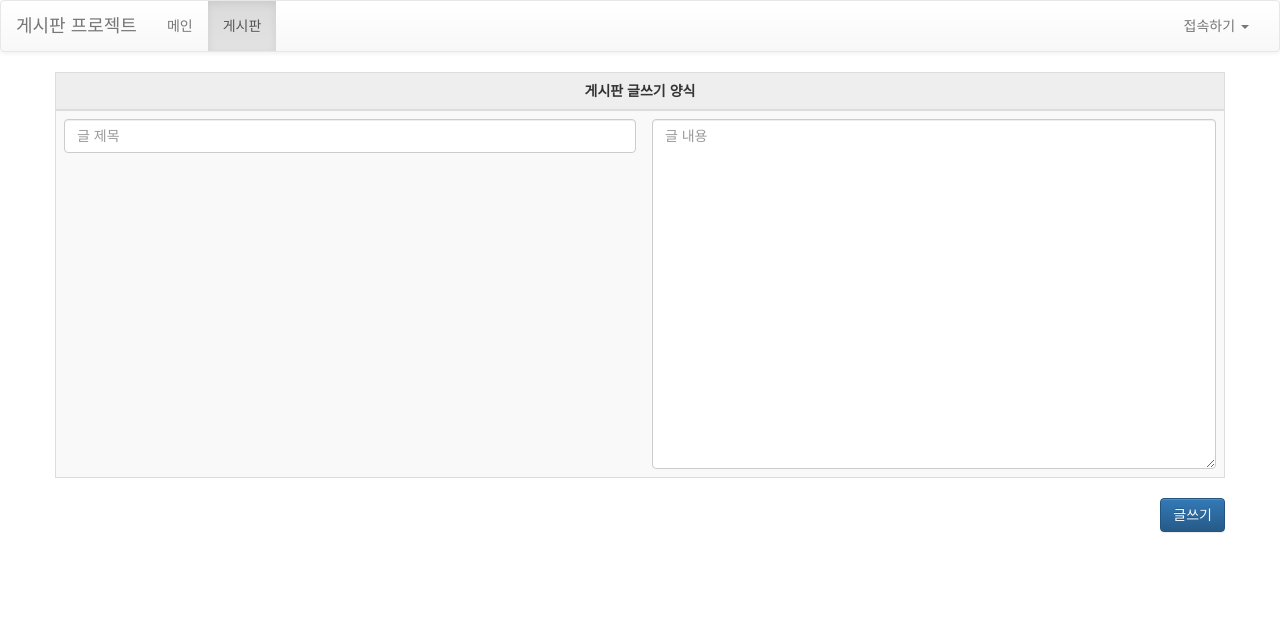
Repository: Seok7975/JSP-Education
Page: http://localhost/BBS/write.jsp
An editor plug-in stored every save of this project. The page is shown before and after the next save, followed by the edit.
The browser window is 1280 px wide. The pictures show the whole page.
Some web libraries are served in a nearby version. The page is served by Tomcat 9. Other server files are loaded and not shown.

Above is the page before, as saved 2024-06-05 10:36:05.

### List_Projects/BBS/src/main/webapp/write.jsp
 <!-- 회원가입화면 -->
<%@ page language="java" contentType="text/html; charset=UTF-8"
    pageEncoding="UTF-8"%>
<%@ page import="java.io.PrintWriter" %>
<!DOCTYPE html>
<html>
<head>
<meta http-equiv="Content-Type" content="text/html; charset=UTF-8">
<meta name="viewport" content="width=device-width, initial-scale=1">
<!-- Latest compiled and minified CSS -->
<link rel="stylesheet" href="https://cdn.jsdelivr.net/npm/bootstrap@3.3.7/dist/css/bootstrap.min.css" integrity="sha384-BVYiiSIFeK1dGmJRAkycuHAHRg32OmUcww7on3RYdg4Va+PmSTsz/K68vbdEjh4u" crossorigin="anonymous">
<!-- Optional theme -->
<link rel="stylesheet" href="https://cdn.jsdelivr.net/npm/bootstrap@3.3.7/dist/css/bootstrap-theme.min.css" integrity="sha384-rHyoN1iRsVXV4nD0JutlnGaslCJuC7uwjduW9SVrLvRYooPp2bWYgmgJQIXwl/Sp" crossorigin="anonymous">
<!-- jQuery (necessary for Bootstrap's JavaScript plugins) -->
<script src="https://code.jquery.com/jquery-3.1.1.min.js"></script>
<!-- Latest compiled and minified JavaScript -->
<script src="https://cdn.jsdelivr.net/npm/bootstrap@3.3.7/dist/js/bootstrap.min.js" integrity="sha384-Tc5IQib027qvyjSMfHjOMaLkfuWVxZxUPnCJA7l2mCWNIpG9mGCD8wGNIcPD7Txa" crossorigin="anonymous"></script>
<title>JSP 게시판 웹 사이트</title>
</head>
<body>
<%
	String userID = null;
	if (session.getAttribute("userID") != null) {
		userID = (String) session.getAttribute("userID");
	}
%>
	<nav class="navbar navbar-default">
		<div class="container-fluid">
			<div class="navbar-header">
				<button type="button" class="navbar-toggle collapsed" data-toggle="collapse" data-target="#bs-example-navbar-collapse-1" aria-expanded="false">
					<span class="sr-only">Toggle navigation</span>
					<span class="icon-bar"></span>
					<span class="icon-bar"></span>
					<span class="icon-bar"></span>
				</button>
				<a class="navbar-brand" href="main.jsp">게시판 프로젝트</a>
			</div>
			<div class="collapse navbar-collapse" id="bs-example-navbar-collapse-1">
				<ul class="nav navbar-nav">
					<li><a href="main.jsp">메인</a></li>
					<li class="active"><a href="bbs.jsp">게시판</a></li>
				</ul>
				<%
					if(userID == null) {
				%>
					<ul class="nav navbar-nav navbar-right">
						<li class="dropdown">
							<a href="#" class="dropdown-toggle" data-toggle="dropdown" role="button" aria-haspopup="true" aria-expanded="false">접속하기 <span class="caret"></span></a>
							<ul class="dropdown-menu">
								<li><a href="login.jsp">로그인</a></li>
								<li><a href="join.jsp">회원가입</a></li>
							</ul>
						</li>
					</ul>
				<%
					} else {
				%>
						<ul class="nav navbar-nav navbar-right">
						<li class="dropdown">
							<a href="#" class="dropdown-toggle" data-toggle="dropdown" role="button" aria-haspopup="true" aria-expanded="false">회원관리<span class="caret"></span></a>
							<ul class="dropdown-menu">
								<li><a href="logoutAction.jsp">로그아웃</a></li>
							</ul>
						</li>
					</ul>
				<%
					}
				%>
			</div>
		</div>
	</nav>

	<div class="container">
		<div class="row">
			<form method="post" action="writeAction.jsp">
				<table class="table table-striped" style="text-align: center; border: 1px solid #dddddd">
					<thead>
						<tr>
							<th colspan="2" style="background-color: #eeeeee; text-align: center;">게시판 글쓰기 양식</th>
						</tr>
					</thead>
					<tbody>
						<tr>
							<td><input type="text" class="form-control" placeholder="글 제목" name="bbsTitle" maxlength="50"></td>
							<td><textarea type="text" class="form-control" placeholder="글 내용" name="bbsContent" maxlength="9999" style="height: 350px;"></textarea></td>
						<tr>
					</tbody>

				</table>
				<input type="submit" class="btn btn-primary pull-right" value="글쓰기">
			</form>
		</div>
	</div>
</body>
</html>

After the next save:
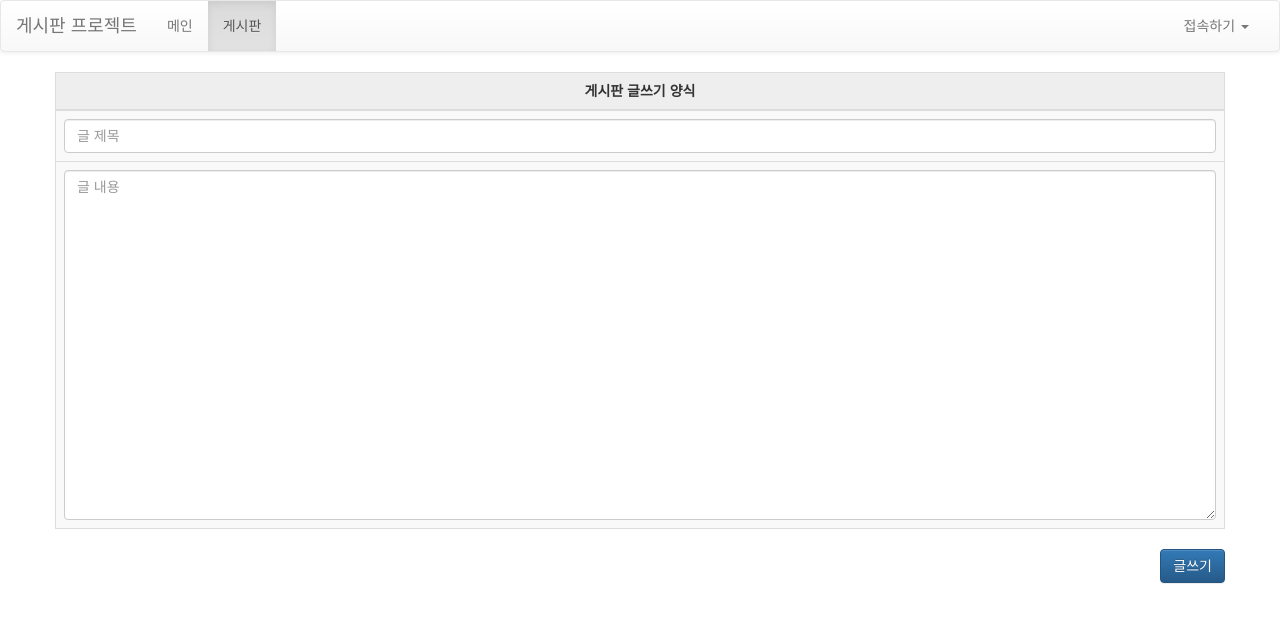
Saved 34 s later.
--- a/List_Projects/BBS/src/main/webapp/write.jsp
+++ b/List_Projects/BBS/src/main/webapp/write.jsp
@@ -82,8 +82,10 @@
 					<tbody>
 						<tr>
 							<td><input type="text" class="form-control" placeholder="글 제목" name="bbsTitle" maxlength="50"></td>
+						<tr>
+						<tr>
 							<td><textarea type="text" class="form-control" placeholder="글 내용" name="bbsContent" maxlength="9999" style="height: 350px;"></textarea></td>
-						<tr>
+						</tr>
 					</tbody>
 
 				</table>
